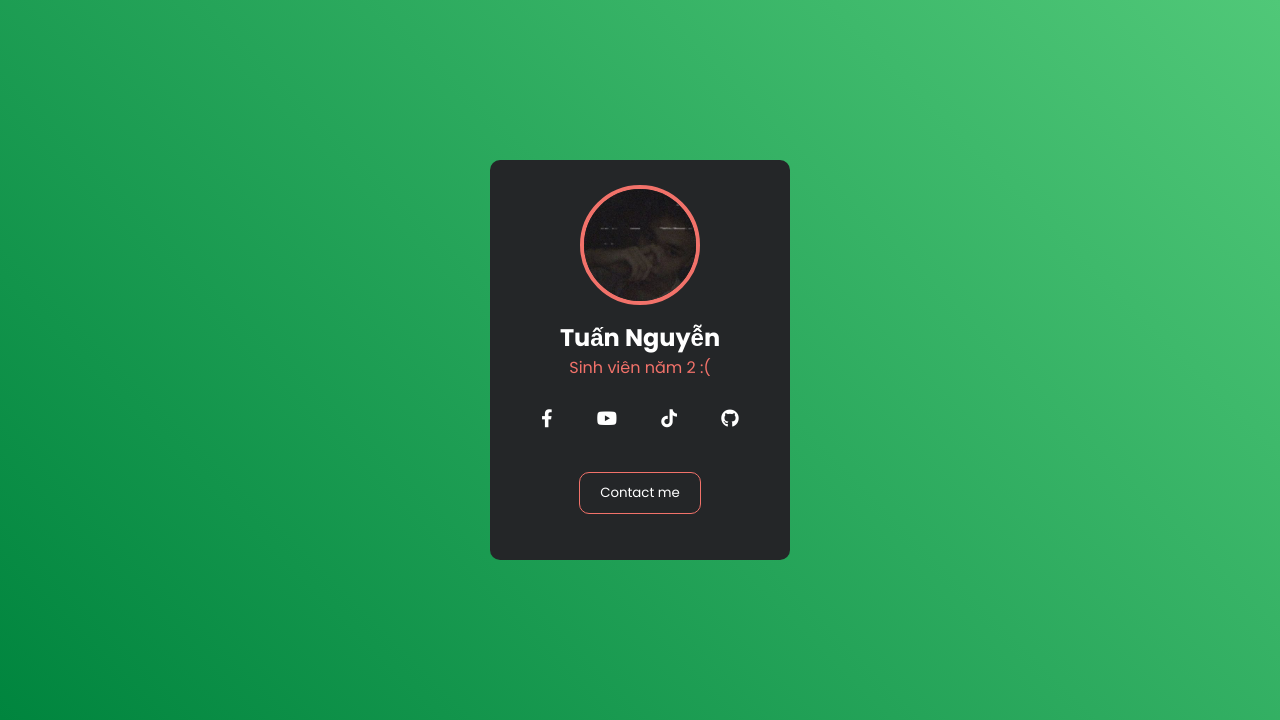
Repository: Zenchancute/HTML-CSS-tutorial-
Page: profile/index.html
These files come from the project's save history. The page is drawn as it stood at one moment and after a run of saves; the edit follows.
The browser window is 1280 px wide. The pictures show the whole page.

Above is the page before, as saved 2021-11-28 20:01:49.

### profile/index.html
<!DOCTYPE html>
<html lang="en">

<head>
    <meta charset="UTF-8" />
    <meta http-equiv="X-UA-Compatible" content="IE=edge" />
    <meta name="viewport" content="width=device-width, initial-scale=1.0" />
    <title>Profile Card</title>
    <link rel="stylesheet" href="https://cdnjs.cloudflare.com/ajax/libs/font-awesome/6.0.0-beta2/css/all.min.css" integrity="sha512-YWzhKL2whUzgiheMoBFwW8CKV4qpHQAEuvilg9FAn5VJUDwKZZxkJNuGM4XkWuk94WCrrwslk8yWNGmY1EduTA==" crossorigin="anonymous" referrerpolicy="no-referrer"
    />
    <link rel="stylesheet" href="style.css" />
</head>

<body>

    <div class="card">
        <div class="card__img">
            <img src="me.jpg" alt="Tôi nè :))" />
        </div>
        <h2>Tuấn Nguyễn</h2>
        <p>Sinh viên năm 2 :(</p>
        <div class="card__social">
            <a target="_black" href="https://www.facebook.com/dangisme2992002/">
                <i class="fab fa-facebook-f"></i>
            </a>
            <a target="_black" href="https://www.youtube.com/channel/UCCA5PB0ALMlkt_aprlgMFyg">
                <i class="fab fa-youtube"></i>
            </a>
            <a target="_black">
                <i class="fab fa-tiktok"></i>
            </a>
            <a target="_black">
                <i class="fab fa-github"></i>
            </a>
        </div>
        <button>Contact me</button>
    </div>

</body>

</html>

### profile/style.css
@import url('https://fonts.googleapis.com/css?family=Poppins:400,500,600,700&display=swap');
:root {
    --pink-color: #f2726a;
}

* {
    margin: 0;
    padding: 0;
    box-sizing: border-box;
    font-family: 'Poppins', sans-serif;
}

body {
    height: 100vh;
    background: linear-gradient(45deg, #00853e, #50c878);
    display: flex;
    justify-content: center;
    align-items: center;
}

.card {
    width: 300px;
    height: 400px;
    border-radius: 10px;
    text-align: center;
    background-color: #242628;
    overflow: hidden;
    margin: 0 30px;
}

.card__img {
    width: 120px;
    height: 120px;
    overflow: hidden;
    transition: 0.25s;
    margin: 0 auto;
    transform: translateY(25px);
    border-radius: 50%;
    border: 4px solid var(--pink-color);
    cursor: pointer;
}

.card__img:hover {
    width: 100%;
    height: 100%;
    border-radius: unset;
    border: unset;
    transform: unset;
}

img {
    width: 100%;
    height: 100%;
    object-fit: cover;
    object-position: center;
}

h2 {
    color: white;
    margin-top: 40px;
}

p {
    color: var(--pink-color);
}

.card__social a {
    text-decoration: none;
    color: white;
    margin: 25px 20px 40px;
    display: inline-block;
    font-size: 18px;
    transition: 0.25s;
}

.card__social a:hover {
    color: var(--pink-color);
}

button {
    outline: none;
    border: none;
    color: white;
    background-color: transparent;
    border: 1px solid var(--pink-color);
    padding: 10px 20px;
    border-radius: inherit;
    cursor: pointer;
    transition: 0.25s;
}

button:hover {
    background-color: var(--pink-color);
}

After the next 2 saves:
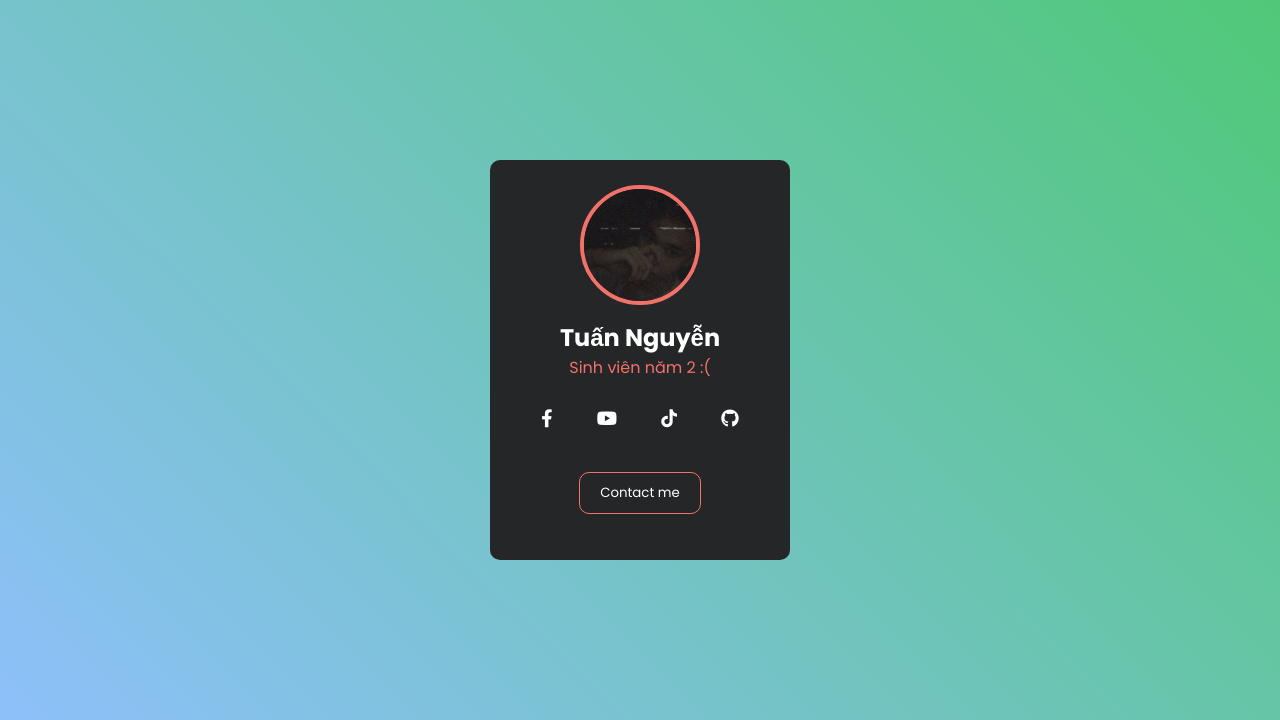
The 2 saves are shown as one change because they came seconds apart.
The last was saved 68 s later.
--- a/profile/style.css
+++ b/profile/style.css
@@ -12,7 +12,7 @@
 
 body {
     height: 100vh;
-    background: linear-gradient(45deg, #00853e, #50c878);
+    background: linear-gradient(45deg, #8dc0fa, #50c878);
     display: flex;
     justify-content: center;
     align-items: center;
